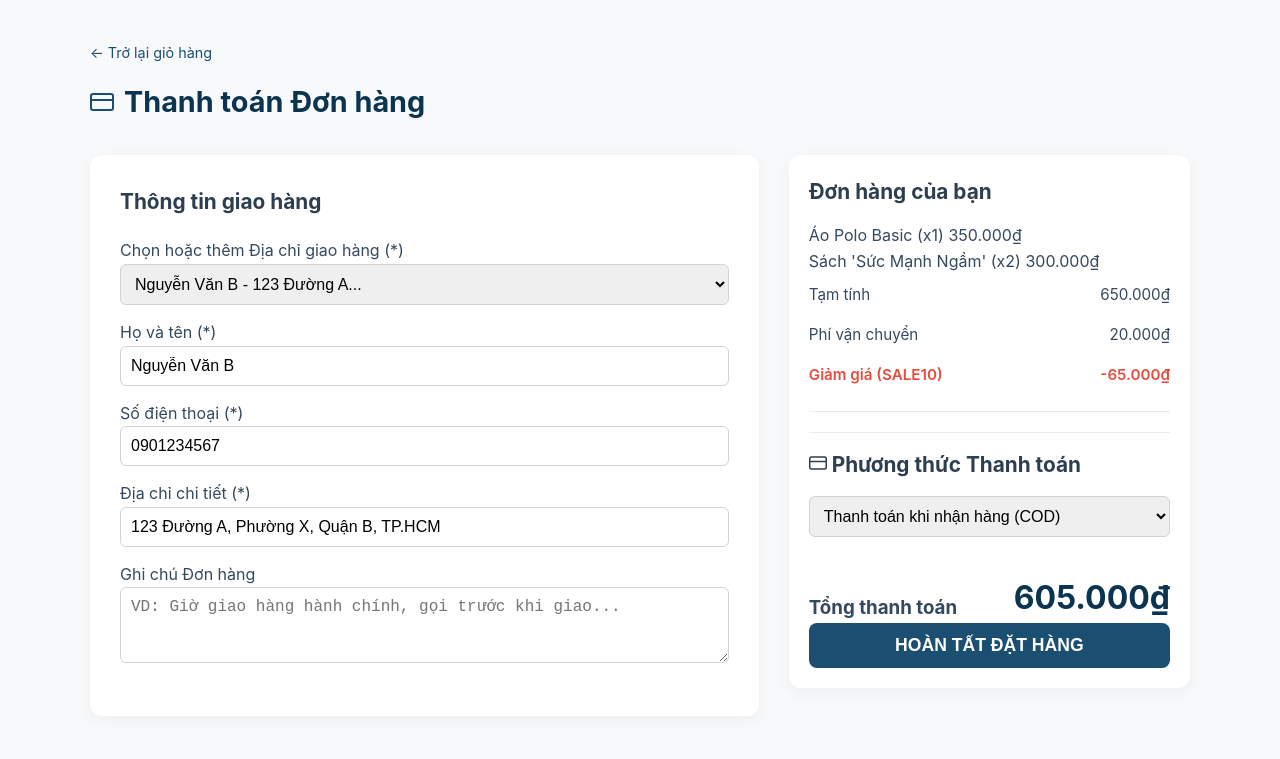
Repository: binhphanbp/ECMAScript_WEB501_WD20301
Page: Lab/Lab4/Lab444/checkout.html
An editor plug-in stored every save of this project. The page is shown before and after the next save, followed by the edit.
The browser window is 1280 px wide. The pictures show the whole page.

Above is the page before, as saved 2025-09-30 10:17:33.

After the next save:
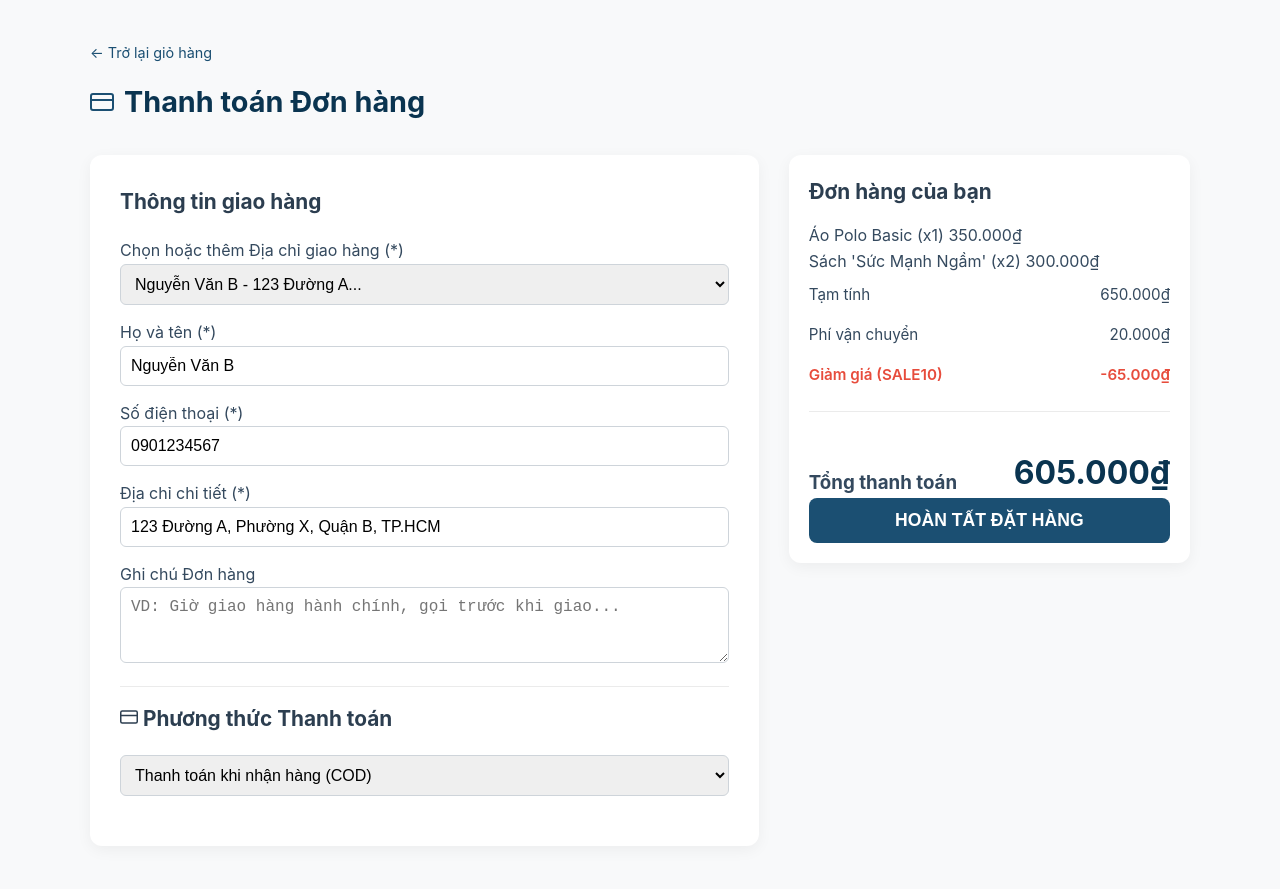
Saved 7 s later.
--- a/Lab/Lab4/Lab444/checkout.html
+++ b/Lab/Lab4/Lab444/checkout.html
@@ -74,26 +74,6 @@
               ></textarea>
             </div>
           </form>
-        </section>
-
-        <section class="content-box summary-box">
-          <h2>Đơn hàng của bạn</h2>
-          <div id="order-summary-items"></div>
-
-          <div class="summary-details">
-            <div class="summary-line">
-              <span>Tạm tính</span>
-              <span id="checkout-subtotal">0₫</span>
-            </div>
-            <div class="summary-line">
-              <span>Phí vận chuyển</span>
-              <span id="shipping-fee">20.000₫</span>
-            </div>
-            <div class="summary-line red">
-              <span>Giảm giá (<span id="discount-code-label">Mã</span>)</span>
-              <span id="checkout-discount">-0₫</span>
-            </div>
-          </div>
 
           <div class="payment-section">
             <h2>
@@ -123,6 +103,26 @@
               </select>
             </div>
           </div>
+        </section>
+
+        <section class="content-box summary-box">
+          <h2>Đơn hàng của bạn</h2>
+          <div id="order-summary-items"></div>
+
+          <div class="summary-details" style="margin-bottom: 0">
+            <div class="summary-line">
+              <span>Tạm tính</span>
+              <span id="checkout-subtotal">0₫</span>
+            </div>
+            <div class="summary-line">
+              <span>Phí vận chuyển</span>
+              <span id="shipping-fee">20.000₫</span>
+            </div>
+            <div class="summary-line red">
+              <span>Giảm giá (<span id="discount-code-label">Mã</span>)</span>
+              <span id="checkout-discount">-0₫</span>
+            </div>
+          </div>
 
           <div class="summary-total">
             <h3>Tổng thanh toán</h3>
